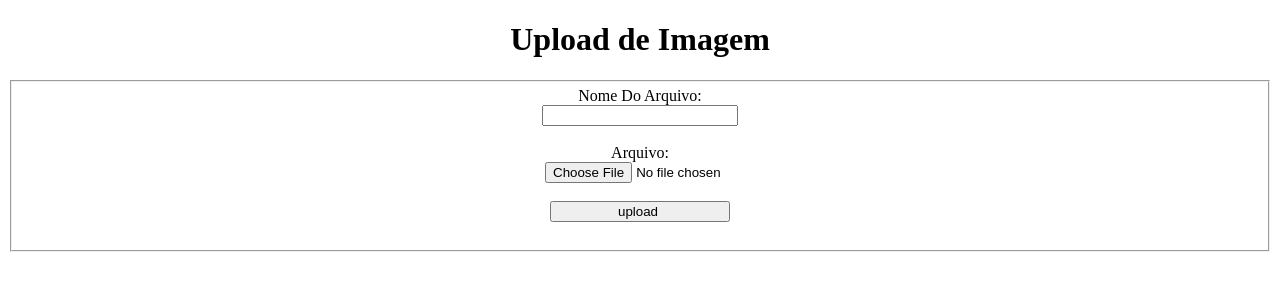
Repository: ThaysaM/upload-de-imagem-java-web
Page: http://localhost/projetoSelecao_Servelet/
These files come from the project's save history. The page is drawn as it stood at one moment and after the next save; the edit follows.
The browser window is 1280 px wide. The pictures show the whole page.
The page is served by Tomcat 9.

Above is the page before, as saved 2020-09-13 16:43:25.

### projetoSelecao Servelet/WebContent/index.jsp
<%@ page language="java" contentType="text/html; charset=ISO-8859-1"
    pageEncoding="ISO-8859-1"%>
<!DOCTYPE html PUBLIC "-//W3C//DTD HTML 4.01 Transitional//EN" "http://www.w3.org/TR/html4/loose.dtd">
<html>
<head>
	<meta http-equiv="Content-Type" content="text/html; charset=ISO-8859-1">
	<title>Upload de Imagem</title>

	<style type="text/css">
		input{
			width: 180px;
			padding-right: 10px;
		}
	</style>

</head>
<body>
	<center>
		<h1>Upload de Imagem</h1>
		<form action="ProjetoUpload" enctype="multipart/form-data" method="post">
	    	<fieldset>
	    		<div class="row">
		    		<div>
		    			Nome Do Arquivo:<br/>
			        	<input type="text" name="file_name"  width="20px"><br/><br/>
		    		</div>
			    	<div>
			    		Arquivo:<br/>
						<input type="file" name="file2"/><br/><br/>
			    	</div>
					<input type="submit" value="upload" /><br/><br/>
				</div>
			</fieldset>
	     </form>
	           <%
		           	String file_name=(String)request.getParameter("filename");
		           	if(file_name!=null){
		        	   	out.println(file_name+" File uploaded successfuly");

		       %><br>
		       		<img src="http://localhost:8080/arquivo_upload/<%=file_name%>">
		       <%

	           		}
	           %>

	</center>

</body>
</html>

After the next save:
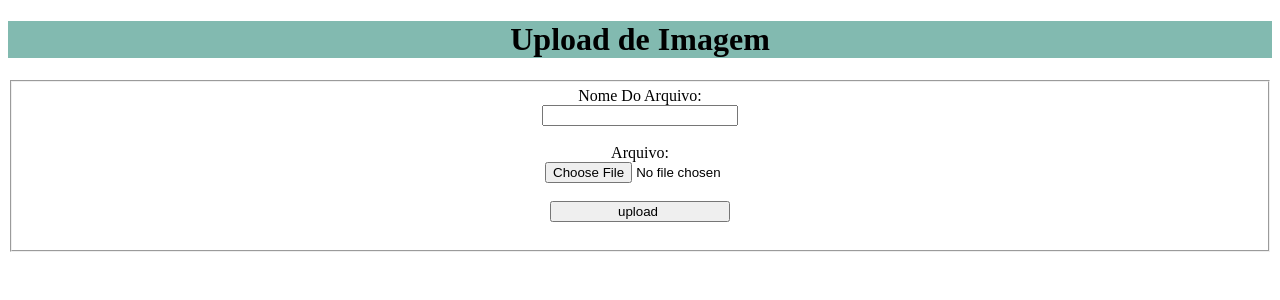
Saved 6 min 7 s later.
--- a/projetoSelecao Servelet/WebContent/index.jsp
+++ b/projetoSelecao Servelet/WebContent/index.jsp
@@ -11,12 +11,19 @@
 			width: 180px;
 			padding-right: 10px;
 		}
+
+		h1{
+			background-color: #82bab0;
+
+		}
 	</style>
 
 </head>
 <body>
 	<center>
-		<h1>Upload de Imagem</h1>
+		<div>
+			<h1>Upload de Imagem</h1>
+		</div>
 		<form action="ProjetoUpload" enctype="multipart/form-data" method="post">
 	    	<fieldset>
 	    		<div class="row">
